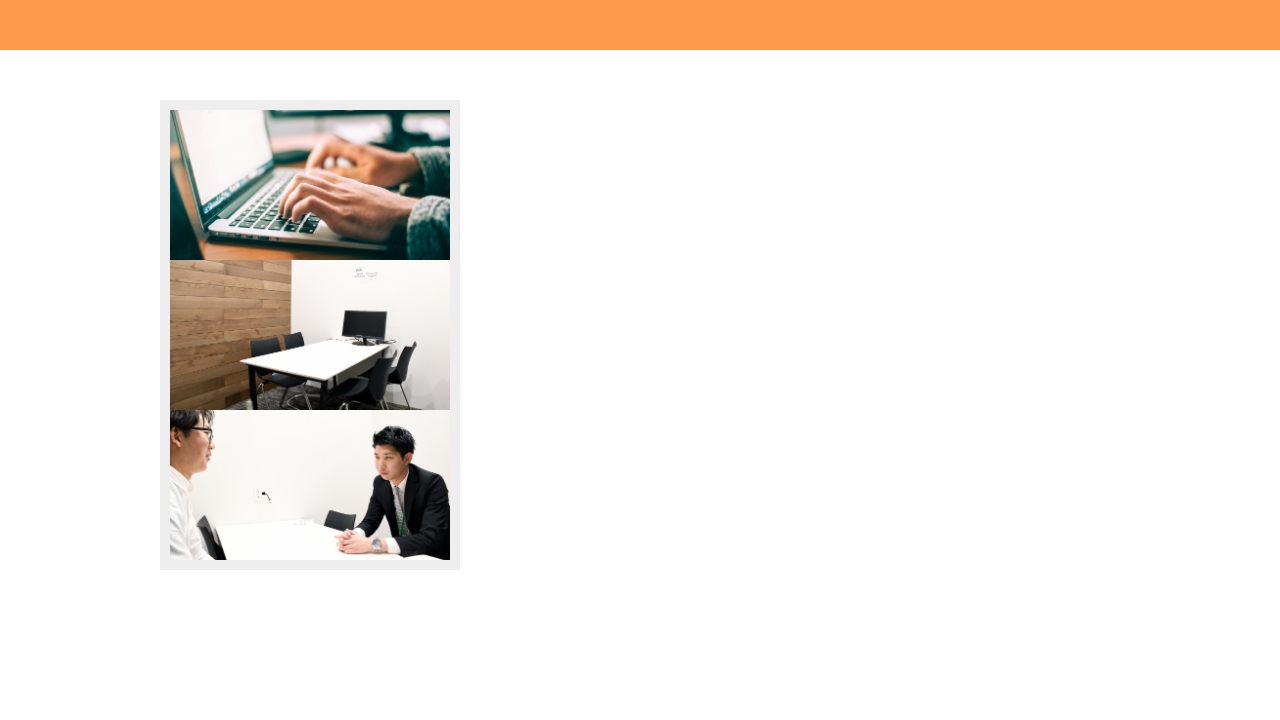
Repository: Tyubyasa/abc
Page: chapter9-2/chapter9-2.html
The author's editor kept a record of every edit. The page is drawn from the files as they stood at one moment, then again after the next edit.
The browser window is 1280 px wide. The pictures show the whole page.

Above is the page before.

### chapter9-2/chapter9-2.html
<!DOCTYPE html>
<html lang="ja">
  <head>
    <meta charset="UTF-8" />
    <!-- CSSファイルの読み込み -->
    <link rel="stylesheet" href="chapter9-2.css" />
    <title>chapter9-2</title>
 </head>

     <!-- header -->
    <header>
      <h1 class="heading">
        <a href="chapter9-2.html">
        </a>
      </h1>
    </header>
    <!-- main用のdiv -->
    <main>
<section class="step-box">
 <body>
<div class="step-img1"></div>
<div class="step-img2"></div>
<div class="step-img3"></div>
</body>
</section>
</main>
</html>

### chapter9-2/chapter9-2.css
* {
  box-sizing: border-box;
  margin: 0;
  padding: 0;
}

header {
  height: 50px;
  background-color: #ff9a4b;
}

main {
  width: 960px;
  margin: 50px auto;
  display: flex;
}

.step-box {
  width: 300px;
  margin-right: 30px;
  padding: 10px;
  position: relative;
  background-color: #eee;
}

.step-box:last-child {
  margin-right: 0;
}

.step-img1 {
  height: 150px;
  background-image: url(img/flow01.png);
  background-position: bottom;
  background-size: cover;
}

.step-img2 {
  height: 150px;
  background-image: url(img/flow02.png);
  background-position: bottom;
  background-size: cover;
}

.step-img3 {
  height: 150px;
  background-image: url(img/flow03.png);
  background-position: bottom;
  background-size: cover;
}

.step-num {
  position: absolute;
  top: 0;
  left: 0;
  background-color: #ff9a4b;
  color: #fff;
}

.title {
  margin: 15px 0 5px;
}

footer {
  height: 50px;
  background-color: #aaa;
}

@media screen and (max-width: 768px) {
main {
  width: 100%;
  display: block;
}
stepbox{
  width: 90%;
  padding: 20px;
}
}

After the next edit:
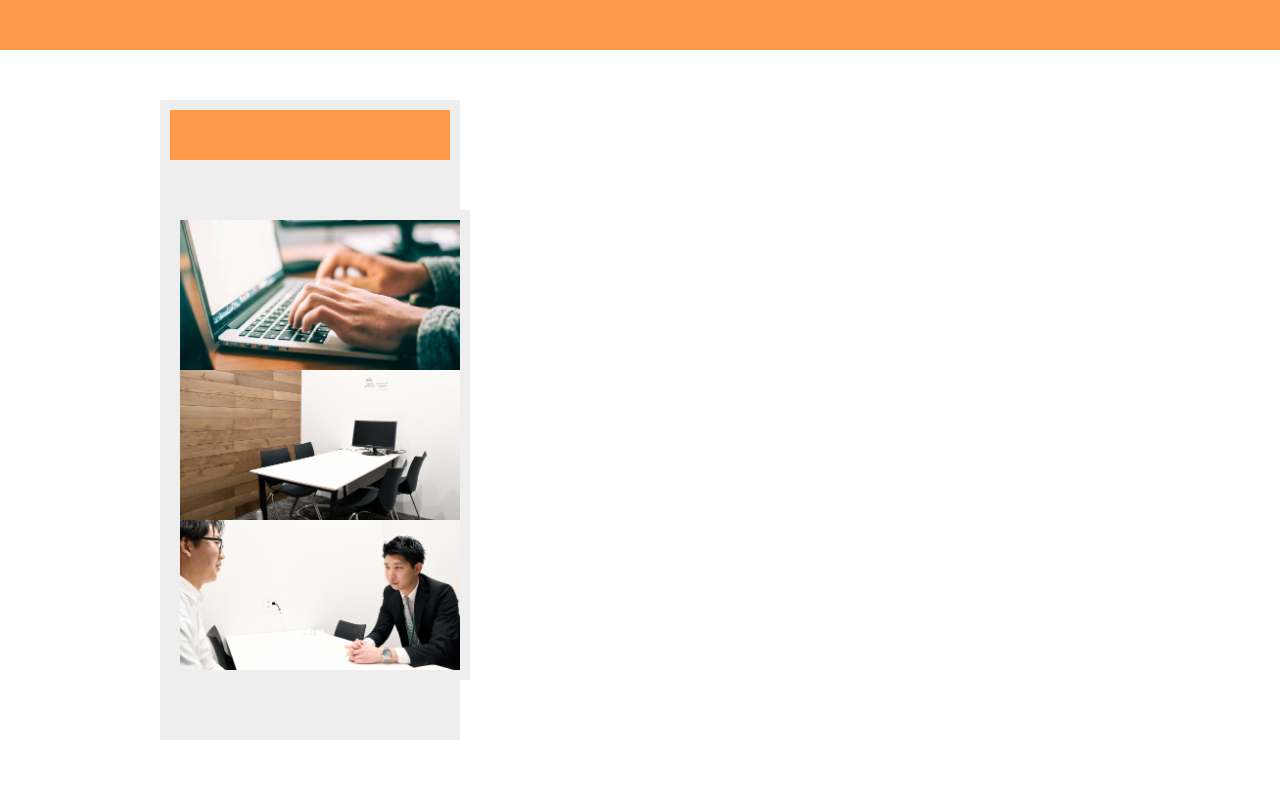
The edit:
--- a/chapter9-2/chapter9-2.html
+++ b/chapter9-2/chapter9-2.html
@@ -18,6 +18,16 @@
     <main>
 <section class="step-box">
  <body>
+        <!-- header -->
+    <header>
+      <h1 class="heading">
+        <a href="chapter9-2.html">
+        </a>
+      </h1>
+    </header>
+    <!-- main用のdiv -->
+    <main>
+<section class="step-box">
 <div class="step-img1"></div>
 <div class="step-img2"></div>
 <div class="step-img3"></div>
